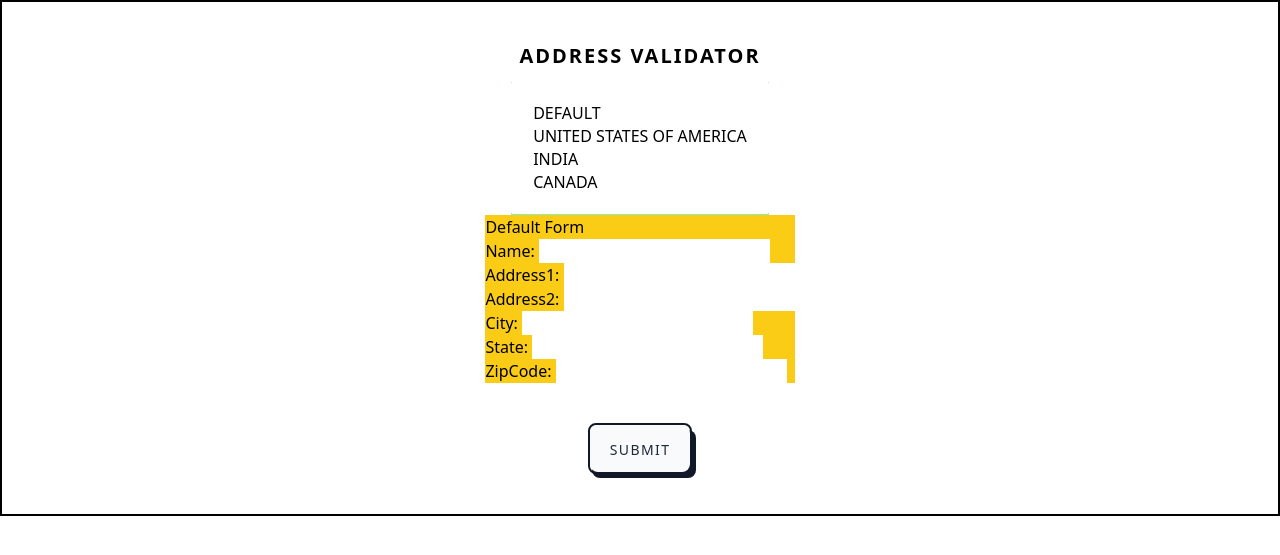
Repository: jay-singhvi/SWArchDesign_TeamProject
Page: / (app in frontend/address-validation/)
An editor plug-in stored every save of this project. The page is shown before and after the next save, followed by the edit.
The browser window is 1280 px wide. The pictures show the whole page.
The project was rebuilt for these pictures with package versions that can differ from the ones it lists, and the page was loaded fresh each time. Also part of the build but not shown: frontend/address-validation/src/App.css.

Above is the page before, as saved 2023-03-07 14:56:44.

### frontend/address-validation/src/App.js
import "./App.css";
import React, { useState, setState } from "react";
import USA from "./assets/usa.png";
import CND from "./assets/canada.png";
import IND from "./assets/india.png";

// React component for creating and sending POST request
function App() {
  // variables to handle the Request and Response
  const [countryList, setCountryList] = useState("");
  const [formData, setFormData] = useState(null);
  const [responseData, setResponseData] = useState(null);

  // Set of Counries under consideration
  const countries = [
    { name: "Default" },
    { name: "United States of America" },
    { name: "India" },
    { name: "Canada" },
  ];

  // Function to render form based on Countries
  function renderForm() {
    if (countryList.length === 1) {
      console.log(countryList);
      if (countryList.includes("United States of America"))
        return <USAForm setFormData={setFormData} />;
      else if (countryList.includes("India"))
        return <IndiaForm setFormData={setFormData} />;
      else if (countryList.includes("Canada"))
        return <CanadaForm setFormData={setFormData} />;
      else return <DefaultForm setFormData={setFormData} />;
    }
    // Renders form for multiple selected countries
    else {
      return <DefaultForm setFormData={setFormData} />;
    }
  }

  // Handles selected country and set ths
  function handleSelectedCountry(event) {
    const selectedOptions = Array.from(event.target.selectedOptions);
    const selectedValues = selectedOptions.map((option) => option.value);
    setCountryList(selectedValues);
  }

  // Finds address based on the form data
  async function findAddress(event) {
    event.preventDefault();

    // If only one country is selected
    if (countryList.length === 1) {
      //If selected country id default then send country field empty in JSON request
      if (countryList[0] === "Default") {
        countryList[0] = "";
      }
      const updatedFormData = { ...formData, Country: countryList[0] };

      // If form data has Name attribute then search based on name and country
      if (formData !== null && formData.Name !== null) {
        try {
          const response = await fetch(
            "http://localhost:5000/api/searchCountriesByClient",
            {
              method: "POST",
              headers: {
                "Content-Type": "application/json",
              },
              body: JSON.stringify(updatedFormData),
            }
          );

          const data = await response.json();
          setResponseData(data);
        } catch (error) {
          console.error(error);
          setResponseData({ error: "An error occurred" });
        }
      }

      //If name is not mentioned then populate all addresses for that country based on JSON request
      else {
        try {
          const response = await fetch(
            "http://localhost:5000/api/searchCountry",
            {
              method: "POST",
              headers: {
                "Content-Type": "application/json",
              },
              body: JSON.stringify(updatedFormData),
            }
          );

          const data = await response.json();
          setResponseData(data);
        } catch (error) {
          console.error(error);
          setResponseData({ error: "An error occurred" });
        }
      }
    }
    //If more one country is selected then send the list of countries with JSON request
    else if (countryList.length > 1) {
      const updatedFormData = { ...formData, Country: countryList };

      try {
        const response = await fetch(
          "http://localhost:5000//api/searchCountries",
          {
            method: "POST",
            headers: {
              "Content-Type": "application/json",
            },
            body: JSON.stringify(updatedFormData),
          }
        );

        const data = await response.json();
        setResponseData(data);
      } catch (error) {
        console.error(error);
        setResponseData({ error: "An error occurred" });
      }
    }
    // If only name is mentioned then look for that name in all countries
    else if (formData !== null && formData.Name !== null) {
      try {
        const response = await fetch(
          "http://localhost:5000/api/searchCountriesByClient",
          {
            method: "POST",
            headers: {
              "Content-Type": "application/json",
            },
            body: JSON.stringify(formData),
          }
        );

        const data = await response.json();
        setResponseData(data);
      } catch (error) {
        console.error(error);
        setResponseData({ error: "An error occurred" });
      }
    }
    setFormData({});
  }

  // Give all the options of countries to user for selection
  return (
    <div className=" items-center justify-between min-h-screen  ">
      <div className="  py-10 flex flex-col items-center border-2 border-black">
        <h1 className=" uppercase tracking-widest font-bold text-xl">
          Address Validator
        </h1>
        <div className=" bg-green-300 mt-3">
          <select className=" cursor-pointer p-5" multiple value={countryList} onChange={handleSelectedCountry}>
            {countries.map((country) => (
              <option className=" uppercase" key={country.name} value={country.name}>
                {country.name}
              </option>
            ))}
          </select>
        </div>

        {renderForm()}

        {/* <button type="submit" onClick={findAddress}>
          Submit
        </button> */}
        <a href="#_" class="relative inline-block text-lg group mt-10">
          <span class="relative z-10 block px-5 py-3 overflow-hidden font-medium leading-tight text-gray-800 transition-colors duration-300 ease-out border-2 border-gray-900 rounded-lg group-hover:text-white">
            <span class="absolute inset-0 w-full h-full px-5 py-3 rounded-lg bg-gray-50"></span>
            <span class="absolute left-0 w-48 h-48 -ml-2 transition-all duration-300 origin-top-right -rotate-90 -translate-x-full translate-y-12 bg-gray-900 group-hover:-rotate-180 ease"></span>
            <button
              type="submit"
              onClick={findAddress}
              className=" relative uppercase tracking-widest text-sm"
            >
              Submit
            </button>
          </span>
          <span
            class="absolute bottom-0 right-0 w-full h-12 -mb-1 -mr-1 transition-all duration-200 ease-linear bg-gray-900 rounded-lg group-hover:mb-0 group-hover:mr-0"
            data-rounded="rounded-lg"
          ></span>
        </a>

        {responseData && (
          <div>
            <h2>Post Result:</h2>
            <pre>{JSON.stringify(responseData, null, 2)}</pre>
          </div>
        )}
      </div>
    </div>
  );
}

// React component to render USA specific form
function USAForm({ setFormData }) {
  const [formValues, setFormValues] = useState({});
  function updateForm(event) {
    setFormValues({
      ...formValues,
      [event.target.name]: event.target.value,
    });
    setFormData({
      ...formValues,
      [event.target.name]: event.target.value,
    });
  }

  return (
    <div className=" bg-gradient-to-b from-blue-400 to-red-500 items-center mt-10 px-10 py-5 min-w-fit">
      <div>
        <form>
          <div className=" flex items-center justify-center space-x-2">
            <img src={USA} className=" h-8 w-8 rounded-full" />
            <h2 className=" uppercase tracking-wider font-medium">
              United States Form
            </h2>
          </div>

          <div className=" mt-2 space-y-3">
            <div className="w-full px-3 mb-3">
              <label
                className="block uppercase tracking-wide text-black text-xs font-bold mb-2"
                for="grid-first-name"
              >
                Full Name
              </label>
              <input
                onChange={updateForm}
                className="appearance-none block w-full bg-gray-200 text-gray-700 border rounded w-1/2 py-2 px-4 mb-3 leading-tight focus:outline-none focus:bg-white"
                type="text"
                placeholder="Full Name"
              />
            </div>

            {/* address 01 02 */}
            <div className=" flex">
              <div className=" w-full px-3 mb-3">
                <label className=" block uppercase tracking-wide text-black text-xs font-bold mb-2">
                  Address 01
                </label>
                <input
                  onChange={updateForm}
                  className=" appearance-none block w-full bg-gray-200 text-gray-700 border border-gray-200 rounded py-2 px-4 leading-tight focus:outline-none focus:bg-white focus:border-gray-500"
                  type="text"
                  placeholder="Address Line 01"
                />
              </div>
              <div className=" w-full px-3 mb-3">
                <label className=" block uppercase tracking-wide text-black text-xs font-bold mb-2">
                  Address 02
                </label>
                <input
                  onChange={updateForm}
                  className=" appearance-none block w-full bg-gray-200 text-gray-700 border border-gray-200 rounded py-2 px-4 leading-tight focus:outline-none focus:bg-white focus:border-gray-500"
                  type="text"
                  placeholder="Address Line 02"
                />
              </div>
            </div>
            {/* city state and zip */}
            <div className=" flex">
              <div className=" w-full px-3 mb-3">
                <label className=" block uppercase tracking-wide text-black text-xs font-bold mb-2">
                  City
                </label>
                <input
                  onChange={updateForm}
                  className=" appearance-none block w-full bg-gray-200 text-gray-700 border border-gray-200 rounded py-2 px-4 leading-tight focus:outline-none focus:bg-white focus:border-gray-500"
                  type="text"
                  name="City"
                  placeholder="City"
                />
              </div>
              <div className=" w-full px-3 mb-3">
                <label className=" block uppercase tracking-wide text-black text-xs font-bold mb-2">
                 State
                </label>
                <input
                  onChange={updateForm}
                  className=" appearance-none block w-full bg-gray-200 text-gray-700 border border-gray-200 rounded py-2 px-4 leading-tight focus:outline-none focus:bg-white focus:border-gray-500"
                  type="text"
                  name="State"
                  placeholder="State"
                />
              </div>
              <div className=" w-full px-3 mb-3">
                <label className=" block uppercase tracking-wide text-black text-xs font-bold mb-2">
                 Zip Code
                </label>
                <input
                  onChange={updateForm}
                  className=" appearance-none block w-full bg-gray-200 text-gray-700 border border-gray-200 rounded py-2 px-4 leading-tight focus:outline-none focus:bg-white focus:border-gray-500"
                  type="text"
                  name="Zipcode"
                  placeholder="Zip Code"
                />
              </div>
            </div>

             {/* Name: <input type="text" name="Name" onChange={updateForm} />
            <br /> */}
            {/* Address1:{" "}
            <input type="text" name="Address1" onChange={updateForm} />
            <br /> */}
            {/* Address2:{" "}
            <input type="text" name="Address2" onChange={updateForm} />
            <br /> */}
            {/* City: <input type="text" name="City" onChange={updateForm} />
            <br />
            State: <input type="text" name="State" onChange={updateForm} />
            <br />
            ZipCode: <input type="text" name="Zipcode" onChange={updateForm} />
            <br /> */}
          </div>
        </form>
      </div>
    </div>
  );
}

// React component to render Canada specific form
function CanadaForm({ setFormData }) {
  const [formValues, setFormValues] = useState({});
  function updateForm(event) {
    setFormValues({
      ...formValues,
      [event.target.name]: event.target.value,
    });
    setFormData({
      ...formValues,
      [event.target.name]: event.target.value,
    });
  }

  return (
    <div className="bg-gradient-to-b from-white to-red-500 items-center mt-10 px-10 py-5">
      <div>
        <form>
          <div className=" flex items-center justify-center space-x-2">
            <img src={CND} className=" h-8 w-8 rounded-full" />
            <h2 className=" uppercase tracking-wider font-medium">
              Canada Form
            </h2>
          </div>
          Name: <input type="text" name="Name" onChange={updateForm} />
          <br />
          Address1: <input type="text" name="Address1" onChange={updateForm} />
          <br />
          Address2: <input type="text" name="Address2" onChange={updateForm} />
          <br />
          City: <input type="text" name="City" onChange={updateForm} />
          <br />
          Province: <input type="text" name="State" onChange={updateForm} />
          <br />
          Postalcode: <input type="text" name="ZipCode" onChange={updateForm} />
        </form>
      </div>
    </div>
  );
}

// React component to render India specific form
function IndiaForm({ setFormData }) {
  const [formValues, setFormValues] = useState({});
  function updateForm(event) {
    setFormValues({
      ...formValues,
      [event.target.name]: event.target.value,
    });
    setFormData({
      ...formValues,
      [event.target.name]: event.target.value,
    });
  }

  return (
    <div className=" bg-gradient-to-b from-orange-400 to-green-500 items-center mt-10 px-10 py-5">
      <div>
        <form>
          <div className=" flex items-center justify-center space-x-2">
            <img src={IND} className=" h-8 w-8 rounded-full" />
            <h2 className=" uppercase tracking-wider font-medium">
              India Form
            </h2>
          </div>
          Name: <input type="text" name="Name" onChange={updateForm} />
          <br />
          Street Address:{" "}
          <input type="text" name="Address1" onChange={updateForm} />
          <br />
          Address2: <input type="text" name="Address2" onChange={updateForm} />
          <br />
          City: <input type="text" name="City" onChange={updateForm} />
          <br />
          State: <input type="text" name="State" onChange={updateForm} />
          <br />
          Pincode: <input type="text" name="ZipCode" onChange={updateForm} />
          <br />
        </form>
      </div>
    </div>
  );
}

// React component to render default form
function DefaultForm({ setFormData }) {
  const [formValues, setFormValues] = useState({});
  function updateForm(event) {
    setFormValues({
      ...formValues,
      [event.target.name]: event.target.value,
    });
    setFormData({
      ...formValues,
      [event.target.name]: event.target.value,
    });
  }

  return (
    <div className="  bg-yellow-400">
      <h2>Default Form</h2>
      Name: <input type="text" name="Name" onChange={updateForm} />
      <br />
      Address1: <input type="text" name="Address1" onChange={updateForm} />
      <br />
      Address2: <input type="text" name="Address2" onChange={updateForm} />
      <br />
      City: <input type="text" name="City" onChange={updateForm} />
      <br />
      State: <input type="text" name="State" onChange={updateForm} />
      <br />
      ZipCode: <input type="text" name="Zipcode" onChange={updateForm} />
      <br />
    </div>
  );
}

export default App;

Loaded but not shown: frontend/address-validation/public/index.html (common file); frontend/address-validation/src/index.js (common file); frontend/address-validation/src/index.css (common file); frontend/address-validation/src/reportWebVitals.js (common file); frontend/address-validation/tailwind.config.js (common file)

After the next save:
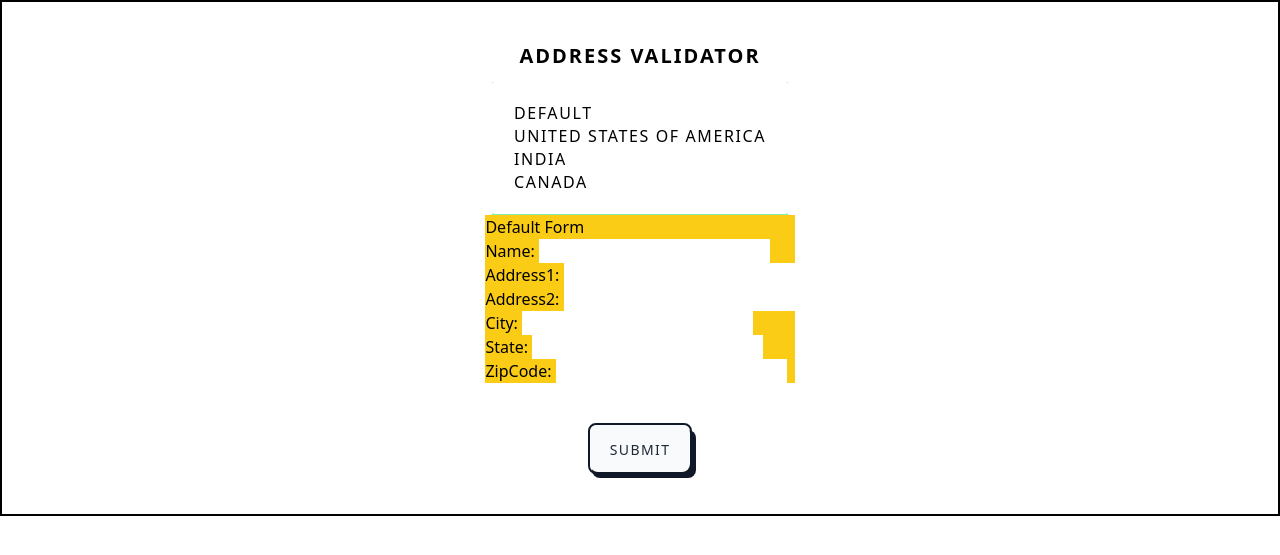
Saved 10 s later.
--- a/frontend/address-validation/src/App.js
+++ b/frontend/address-validation/src/App.js
@@ -157,7 +157,7 @@ function App() {
         <div className=" bg-green-300 mt-3">
           <select className=" cursor-pointer p-5" multiple value={countryList} onChange={handleSelectedCountry}>
             {countries.map((country) => (
-              <option className=" uppercase" key={country.name} value={country.name}>
+              <option className=" uppercase tracking-widest" key={country.name} value={country.name}>
                 {country.name}
               </option>
             ))}
